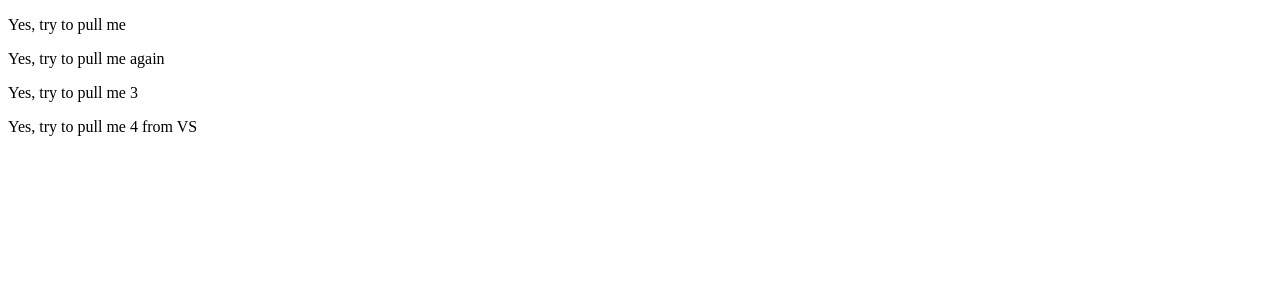
Repository: kerudai/julTest
Page: ignore.html
The author's editor kept a copy of each file at every save. The page is drawn from the files as they stood at one save, then again after the next save.
The browser window is 1280 px wide. The pictures show the whole page.

Above is the page before, as saved 2020-07-27 22:10:16.

### ignore.html
<!DOCTYPE html>
<html lang="en">
<head>
   <meta charset="UTF-8">
    <meta name="viewport" content="width=device-width, initial-scale=1.0">
    <title>Document</title>
</head>
<body>
    <p>Yes, try to pull me</p>
    <p>Yes, try to pull me again</p>
    <p>Yes, try to pull me 3</p>
    <p>Yes, try to pull me 4 from VS</p>
</body>
</html>

After the next save:
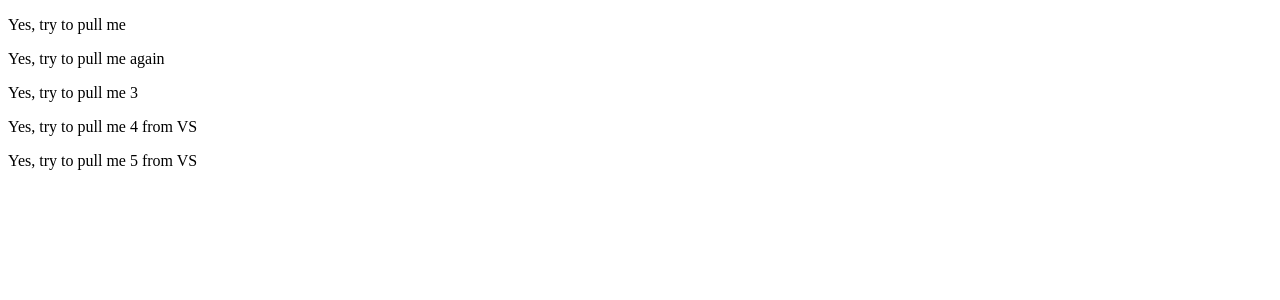
Saved 72 s later.
--- a/ignore.html
+++ b/ignore.html
@@ -10,5 +10,6 @@
     <p>Yes, try to pull me again</p>
     <p>Yes, try to pull me 3</p>
     <p>Yes, try to pull me 4 from VS</p>
+    <p>Yes, try to pull me 5 from VS</p>
 </body>
 </html>
